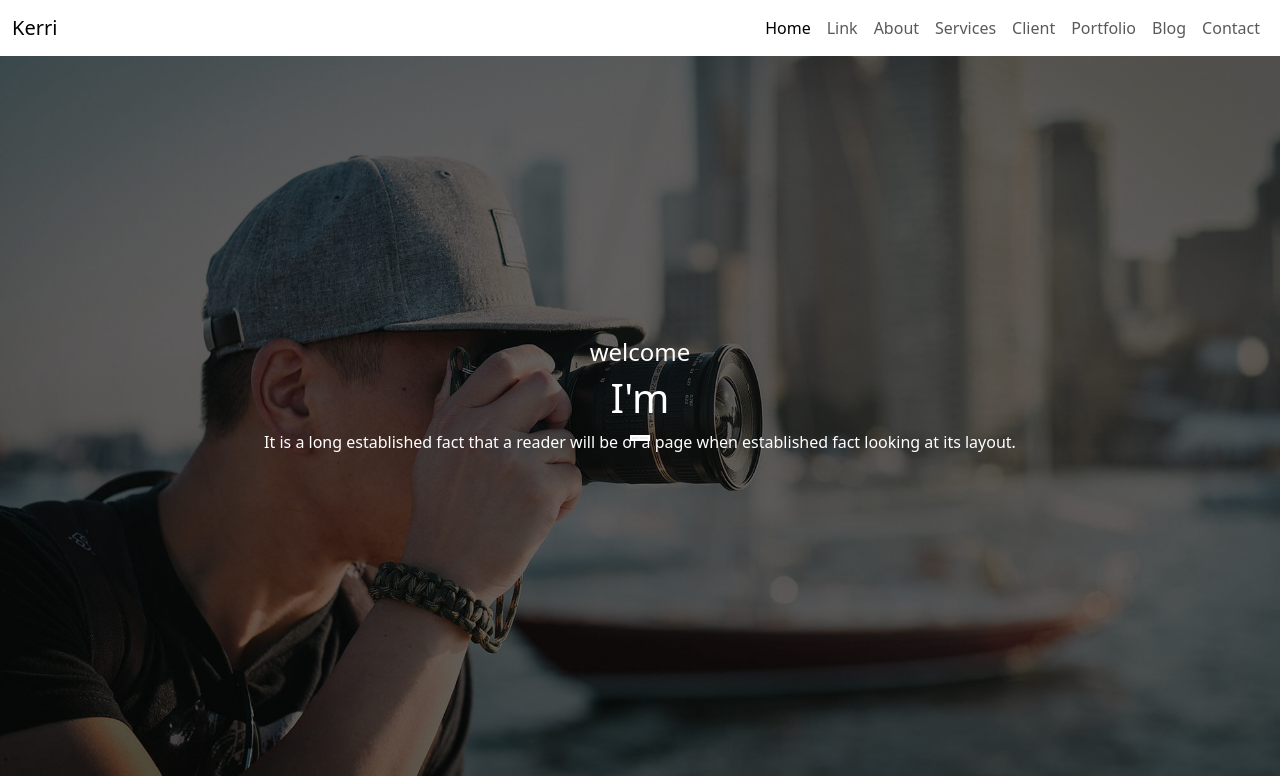
Repository: khaledradwan96/Kerri
Page: index.html
The author's editor kept a copy of each file at every save. The page is drawn from the files as they stood at one save, then again after a run of saves.
The browser window is 1280 px wide. The pictures show the whole page.

Above is the page before, as saved 2024-05-06 20:10:49.

After the next 3 saves:
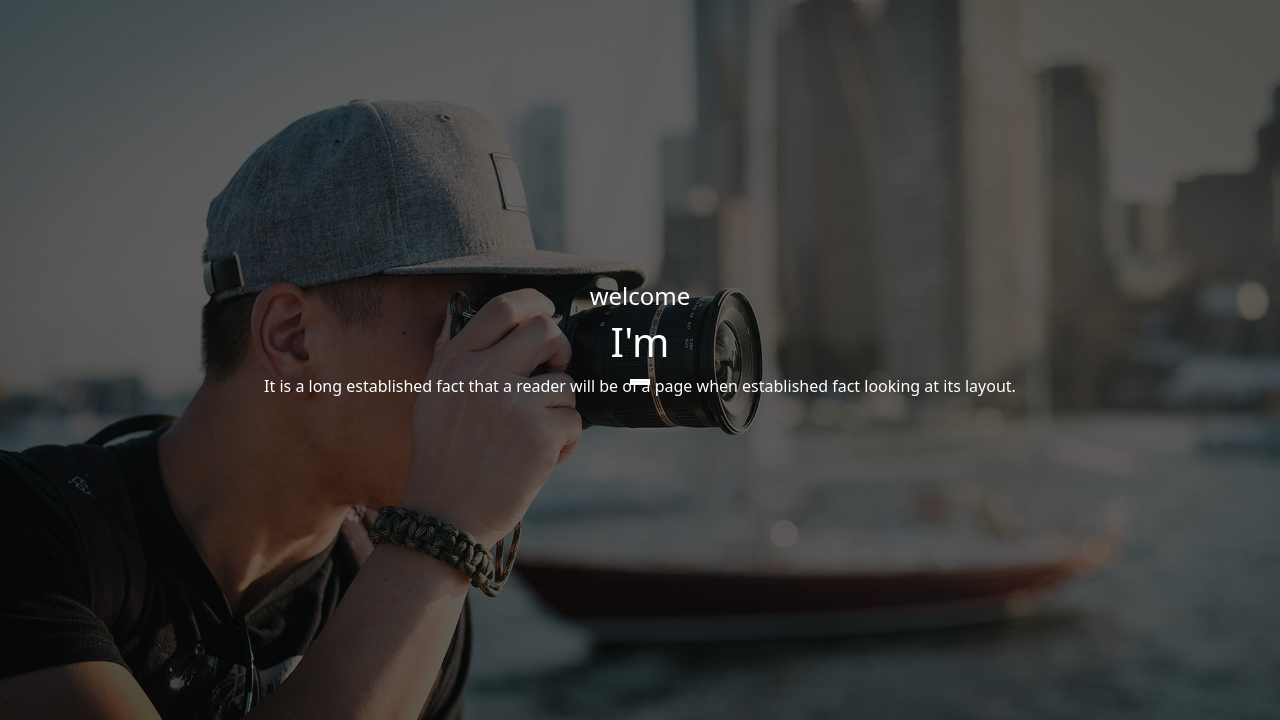
The 3 saves are shown as one change because they came seconds apart.
The last was saved 7 min 33 s later.
--- a/index.html
+++ b/index.html
@@ -14,7 +14,7 @@
 
 <body>
 
-    <nav class="navbar navbar-expand-lg">
+    <nav class="navbar navbar-expand-lg position-fixed top-0">
         <div class="container-fluid">
             <a class="navbar-brand" href="#">Kerri</a>
             <button class="navbar-toggler" type="button" data-bs-toggle="collapse"
